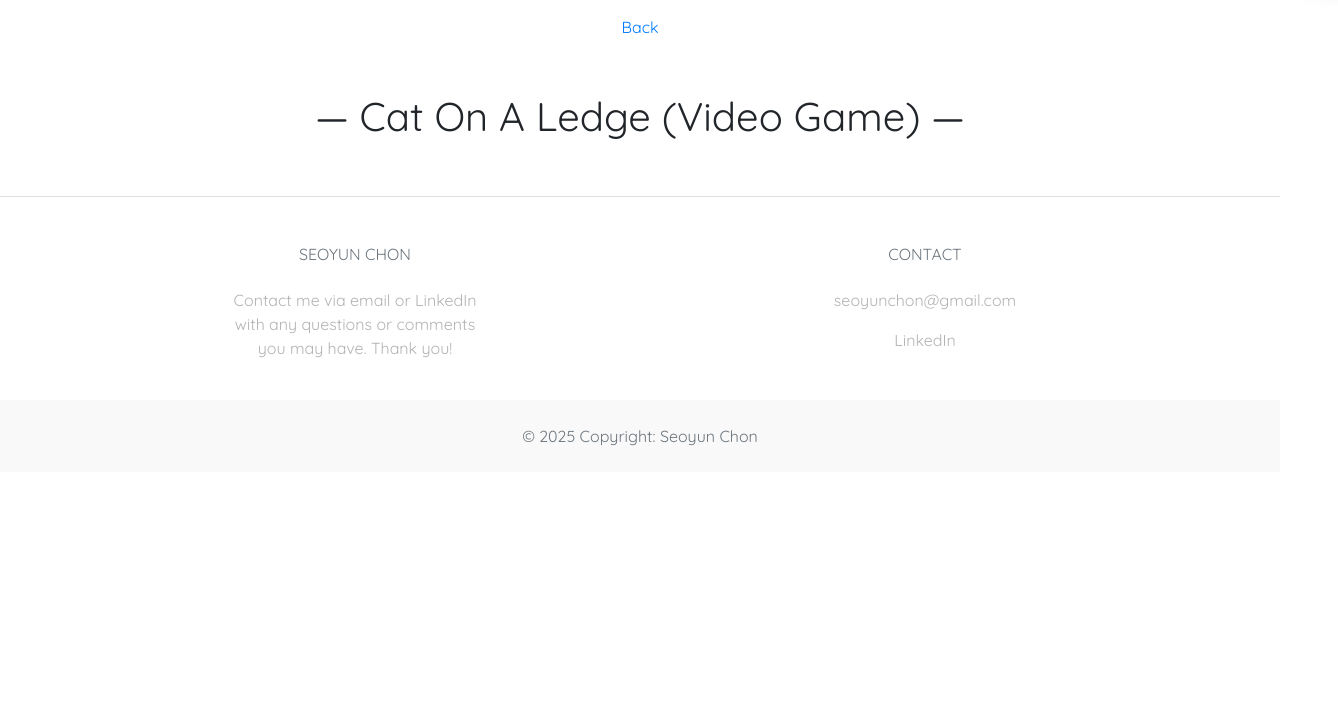
Repository: schon02/seoyun-chon-portfolio
Page: projects_catonaledge_page.html
An editor plug-in stored every save of this project. The page is shown before and after the next save, followed by the edit.
The browser window is 1280 px wide. The page is 1338 px wide, so the pictures cover 1338 px, including what lies to the right of the window. The pictures show the part of the page from y = 720 to 1440 px (the page is 1440 px tall).

Above is the page before, as saved 2025-01-31 16:33:24.

### projects_catonaledge_page.html
<!DOCTYPE html>
<html>
    <head>
        <!-- <link href="style.css" rel="stylesheet" /> -->

        <!-- Required meta tags -->
        <meta charset="utf-8">
        <meta name="viewport" content="width=device-width, initial-scale=1, shrink-to-fit=no">

        <link href="https://fonts.googleapis.com/css?family=Quicksand:400,600,700&display=swap" rel="stylesheet">

        <link rel="stylesheet" href="fonts/icomoon/style.css">

        <link rel="stylesheet" href="css/owl.carousel.min.css">

        <!-- Bootstrap CSS -->
        <link rel="stylesheet" href="css/bootstrap.min.css">

        <!-- Style -->
        <link rel="stylesheet" href="css/style.css">

        <title>Home Page</title>

    </head>

    <body>
        <!-- <header>
            <nav>
                <ul>
                    <li><a class="active" href="index.html">Home</a></li>
                    <li><a href="services_page.html">Services</a></li>
                    <li><a href="contact_page.html">Contact</a></li>
                </ul>
            </nav>
        </header> -->

        <div class="site-mobile-menu site-navbar-target">
            <div class="site-mobile-menu-header">
              <div class="site-mobile-menu-close mt-3">
                <span class="icon-close2 js-menu-toggle"></span>
              </div>
            </div>
            <div class="site-mobile-menu-body"></div>
          </div> <!-- .site-mobile-menu -->

        <div class="site-navbar-wrap">
            <div class="site-navbar-top">
              <div class="container py-3">
                <div class="row align-items-center">
                  <div class="col-6">
                    <div class="d-flex mr-auto">
                      <a href="#" class="d-flex align-items-center mr-4">
                        <span class="icon-envelope mr-2"></span>
                        <span class="d-none d-md-inline-block">seoyunchon@gmail.com</span>
                      </a>
                      <!-- <a href="#" class="d-flex align-items-center mr-auto">
                        <span class="icon-phone mr-2"></span>
                        <span class="d-none d-md-inline-block">+1 234 4567 8910</span>
                      </a> -->
                    </div>
                  </div>
                  <div class="col-6 text-right">
                    <div class="mr-auto">
                      <!-- <a href="#" class="p-2 pl-0"><span class="icon-twitter"></span></a> -->
                      <!-- <a href="#" class="p-2 pl-0"><span class="icon-facebook"></span></a> -->
                      <a href="https://www.linkedin.com/in/seoyun-chon/" class="p-2 pl-0"><span class="icon-linkedin"></span></a>
                      <!-- <a href="#" class="p-2 pl-0"><span class="icon-instagram"></span></a> -->
                    </div>

                  </div>
                </div>
              </div>
            </div>

            <div class="site-navbar site-navbar-target js-sticky-header">
              <div class="container">
                <div class="row align-items-center">
                  <div class="col-2">
                    <h1 class="my-0 site-logo"><a href="index.html">Seoyun&nbsp;Chon</a></h1>
                  </div>
                  <div class="col-10">
                    <nav class="site-navigation text-right" role="navigation">
                      <div class="container">
                        <div class="d-inline-block d-lg-none ml-md-0 mr-auto py-3"><a href="#" class="site-menu-toggle js-menu-toggle text-white"><span class="icon-menu h3"></span></a></div>

                        <ul class="site-menu main-menu js-clone-nav d-none d-lg-block">
                          <li><a href="index.html" class="nav-link">Home</a></li>
                          <li class="active"><a href="projects_page.html" class="nav-link">Projects</a></li>
                          <li class="has-children">
                            <a href="#" class="nav-link">Pages</a>
                            <ul class="dropdown arrow-top">
                              <li><a href="#" class="nav-link">Team</a></li>
                              <li><a href="#" class="nav-link">Pricing</a></li>
                              <li><a href="#" class="nav-link">FAQ</a></li>
                              <li class="has-children">
                                <a href="#">More Links</a>
                                <ul class="dropdown">
                                  <li><a href="#">Menu One</a></li>
                                  <li><a href="#">Menu Two</a></li>
                                  <li><a href="#">Menu Three</a></li>
                                </ul>
                              </li>
                            </ul>
                          </li>
                          <!-- <li><a href="#about-section" class="nav-link">About</a></li> -->
                          <li><a href="resume_page.html" class="nav-link">Resume</a></li>
                          <!-- <li><a href="#gallery-section" class="nav-link">Gallery</a></li> -->
                          <li><a href="contact_page.html" class="nav-link">Contact</a></li>
                        </ul>
                      </div>
                    </nav>
                  </div>
                </div>
              </div>
            </div>
          </div>


          <div class="hero" style="background-image: url('images/s2k2.JPG');"></div>

          <div class="column-left">
            <a href="projects_page.html">
              <div class="desc">Back</div>
            </a>
          </div>

        <div class="text-center" style="padding-top: 1cm;">
          <h1>— Cat On A Ledge (Video Game) —</h1>
        </div>





        <script src="js/jquery-3.3.1.min.js"></script>
        <script src="js/popper.min.js"></script>
        <script src="js/bootstrap.min.js"></script>
        <script src="js/jquery.sticky.js"></script>
        <script src="js/main.js"></script>

    </body>

<!-- Footer -->
<footer class="text-center text-lg-start bg-white text-muted">

  <section class="d-flex justify-content-center justify-content-lg-between p-4 border-bottom">
  </section>

  <!-- Section: Links  -->
  <section class="">
    <div class="container text-center text-md-start mt-5">
      <!-- Grid row -->
      <div class="row mt-3">
        <!-- Grid column -->
        <div class="col-md-3 col-lg-4 col-xl-3 mx-auto mb-4">
          <!-- Content -->
          <h6 class="text-uppercase fw-bold mb-4">
            <i class="fas fa-gem me-3 text-secondary"></i>Seoyun Chon
          </h6>
          <p>
            Contact me via email or LinkedIn with any questions or comments you may have. Thank you!
          </p>
        </div>
        <!-- Grid column -->

        <!-- Grid column -->
        <div class="col-md-4 col-lg-3 col-xl-3 mx-auto mb-md-0 mb-4">
          <!-- Links -->
          <h6 class="text-uppercase fw-bold mb-4">Contact</h6>
          <p><i class="fas fa-home me-3 text-secondary"></i> seoyunchon@gmail.com</p>
          <p>
            <i class="fas fa-envelope me-3 text-secondary"></i>
            <a href="https://www.linkedin.com/in/seoyun-chon/" class="text-reset"> LinkedIn </a>
          </p>
        </div>
        <!-- Grid column -->
      </div>
      <!-- Grid row -->
    </div>
  </section>
  <!-- Section: Links  -->

  <!-- Copyright -->
  <div class="text-center p-4" style="background-color: rgba(0, 0, 0, 0.025);">
    © 2025 Copyright:
    <a class="text-reset fw-bold" href="https://mdbootstrap.com/">Seoyun Chon</a>
  </div>
  <!-- Copyright -->
</footer>
<!-- Footer -->


</html>

Loaded but not shown: fonts/icomoon/style.css (common file); css/owl.carousel.min.css (library); css/bootstrap.min.css (library); js/jquery-3.3.1.min.js (library); js/popper.min.js (library); js/bootstrap.min.js (library); js/jquery.sticky.js (library); js/main.js (87 lines, source omitted); css/style.css (448 lines, source omitted)

After the next save:
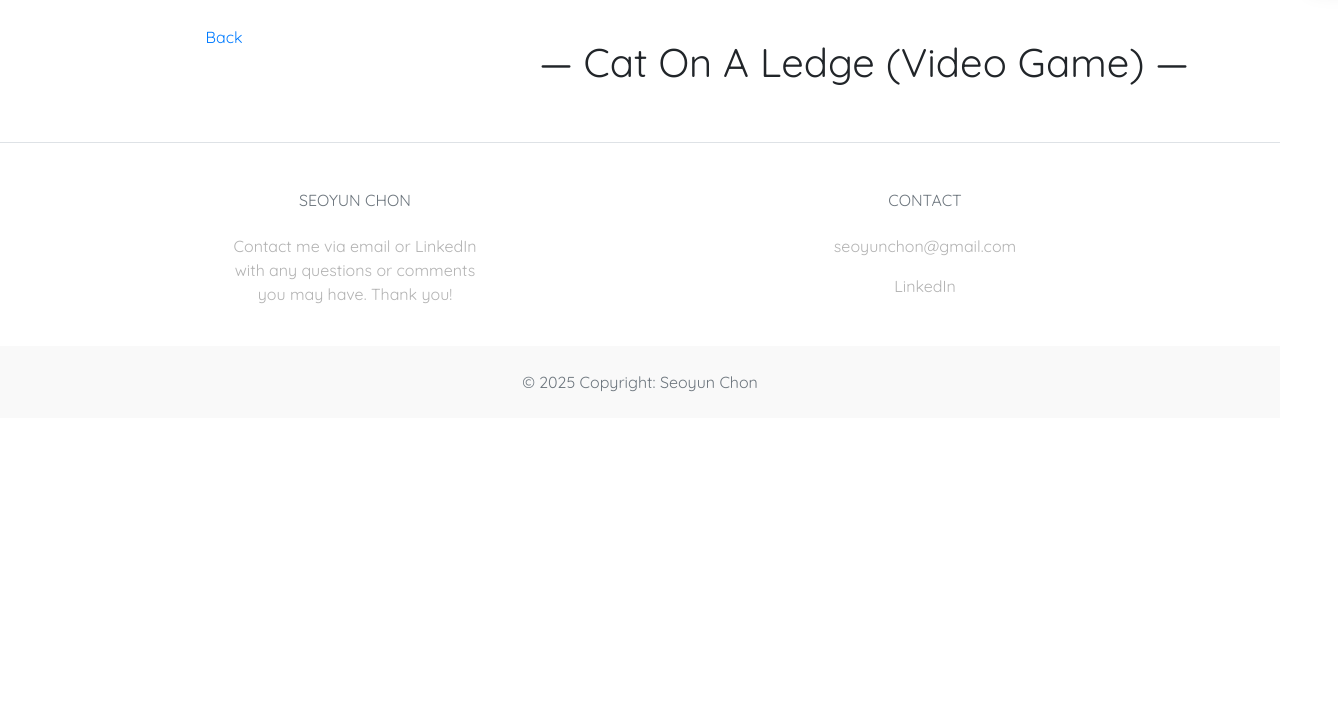
Saved 9 s later.
--- a/projects_catonaledge_page.html
+++ b/projects_catonaledge_page.html
@@ -118,7 +118,7 @@
 
           <div class="hero" style="background-image: url('images/s2k2.JPG');"></div>
 
-          <div class="column-left">
+          <div class="column left">
             <a href="projects_page.html">
               <div class="desc">Back</div>
             </a>

After the save that followed:
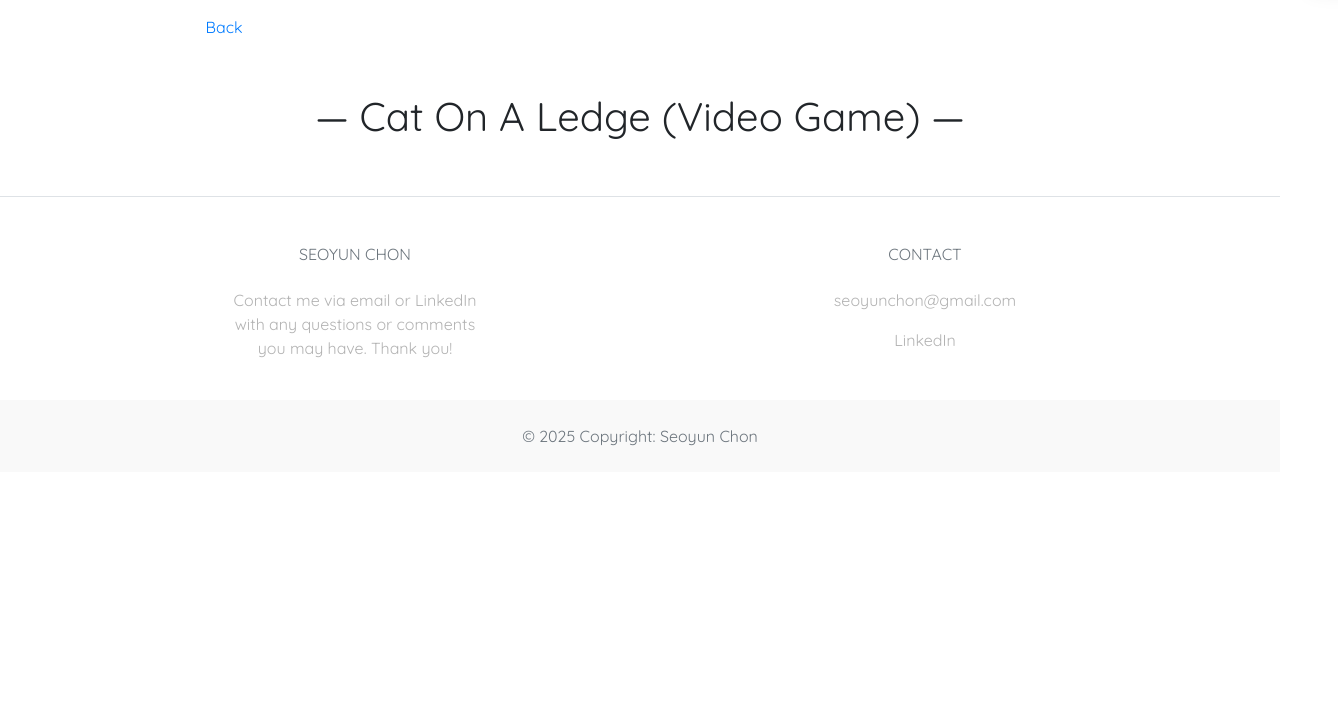
Saved 10 s later.
--- a/projects_catonaledge_page.html
+++ b/projects_catonaledge_page.html
@@ -118,7 +118,7 @@
 
           <div class="hero" style="background-image: url('images/s2k2.JPG');"></div>
 
-          <div class="column left">
+          <div class="left">
             <a href="projects_page.html">
               <div class="desc">Back</div>
             </a>
